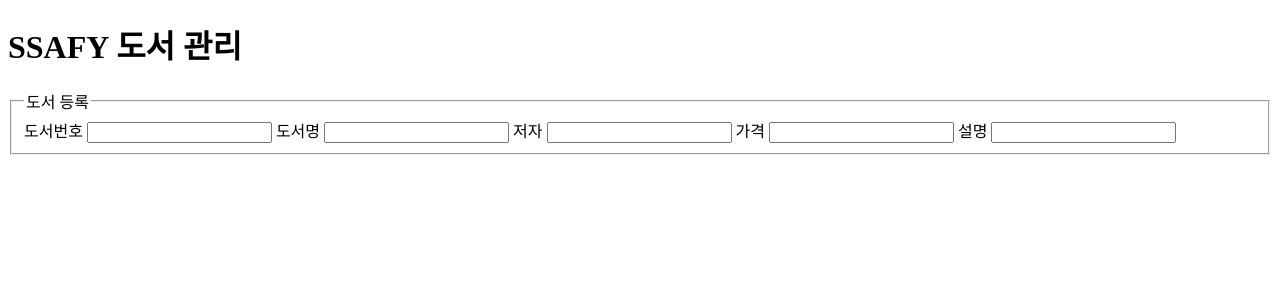
Repository: nkj0901/Personal-Repository
Page: SSAFY/서블릿/back_db_ws_01_3/WebContent/regist.html
These files come from the project's save history. The page is drawn as it stood at one moment and after the next save; the edit follows.
The browser window is 1280 px wide. The pictures show the whole page.

Above is the page before, as saved 2022-09-01 07:20:58.

### SSAFY/서블릿/back_db_ws_01_3/WebContent/regist.html
<!DOCTYPE html>
<html>
<head>
<meta charset="UTF-8">
<title>SSAFY 도서 관리</title>
</head>
<body>
	<h1>SSAFY 도서 관리</h1>

	<fieldset>
	<legend>도서 등록</legend>
	<label>도서번호</label>
	<input type = "text" name = "isbn">
	<label>도서명</label>
	<input type = "text" name = "title">
	<label>저자</label>
	<input type = "text" name = "author">
	<label>가격</label>
	<input type = "text" name = "price">
	<label>설명</label>
	<input type = "text" name = "desc">
	</fieldset>


</body>
</html>

After the next save:
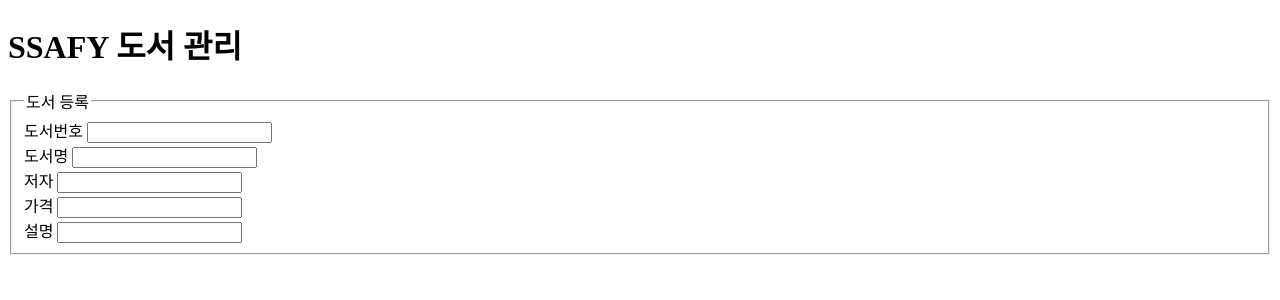
Saved 45 s later.
--- a/SSAFY/서블릿/back_db_ws_01_3/WebContent/regist.html
+++ b/SSAFY/서블릿/back_db_ws_01_3/WebContent/regist.html
@@ -10,15 +10,15 @@
 	<fieldset>
 	<legend>도서 등록</legend>
 	<label>도서번호</label>
-	<input type = "text" name = "isbn">
+	<input type = "text" name = "isbn"> <br>
 	<label>도서명</label>
-	<input type = "text" name = "title">
+	<input type = "text" name = "title"> <br>
 	<label>저자</label>
-	<input type = "text" name = "author">
+	<input type = "text" name = "author"> <br>
 	<label>가격</label>
-	<input type = "text" name = "price">
+	<input type = "text" name = "price"> <br>
 	<label>설명</label>
-	<input type = "text" name = "desc">
+	<input type = "text" name = "desc"> <br>
 	</fieldset>
 
 
